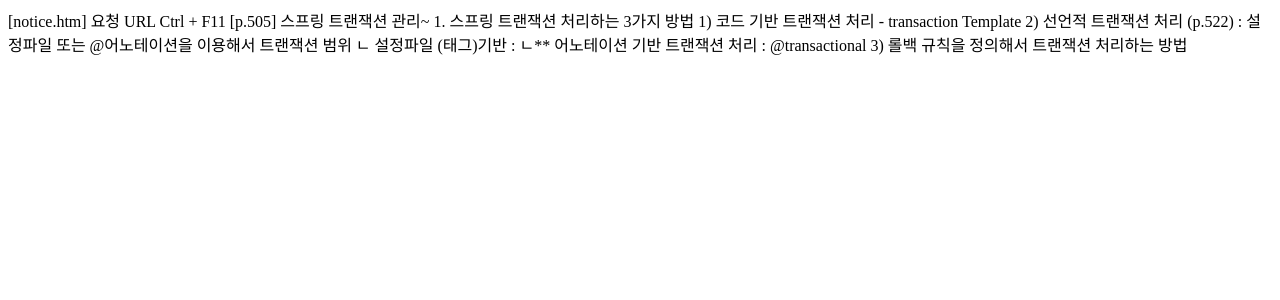
Repository: Vida0822/-
Page: SL07_NLTRANSACTION3_PROPAGATION/src/main/webapp/customer/notice.htm
These files come from the project's save history. The page is drawn as it stood at one moment and after the next save; the edit follows.
The browser window is 1280 px wide. The pictures show the whole page.

Above is the page before, as saved 2023-06-29 03:06:35.

After the next save:
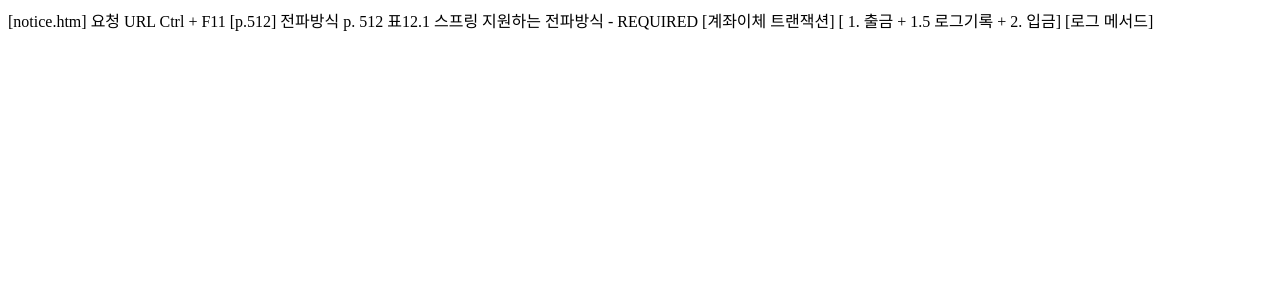
Saved 18 min 27 s later.
--- a/SL07_NLTRANSACTION3_PROPAGATION/src/main/webapp/customer/notice.htm
+++ b/SL07_NLTRANSACTION3_PROPAGATION/src/main/webapp/customer/notice.htm
@@ -1,13 +1,13 @@
 [notice.htm] 요청 URL
 Ctrl + F11
 
-[p.505] 스프링 트랜잭션 관리~
+[p.512] 전파방식
 
-1. 스프링 트랜잭션 처리하는 3가지 방법
-	1) 코드 기반 트랜잭션 처리 - transaction Template
-	2) 선언적 트랜잭션 처리  (p.522)
-		: 설정파일 또는 @어노테이션을 이용해서 트랜잭션 범위
-		ㄴ 설정파일 (태그)기반 : <tx:advice>
-		ㄴ** 어노테이션 기반 트랜잭션 처리 : @transactional
+p. 512 표12.1 스프링 지원하는 전파방식 - REQUIRED
 
-	3) 롤백 규칙을 정의해서 트랜잭션 처리하는 방법
+	[계좌이체 트랜잭션]
+
+
+	[ 1. 출금   +  1.5 로그기록  +   2. 입금]
+
+	[로그 메서드]
